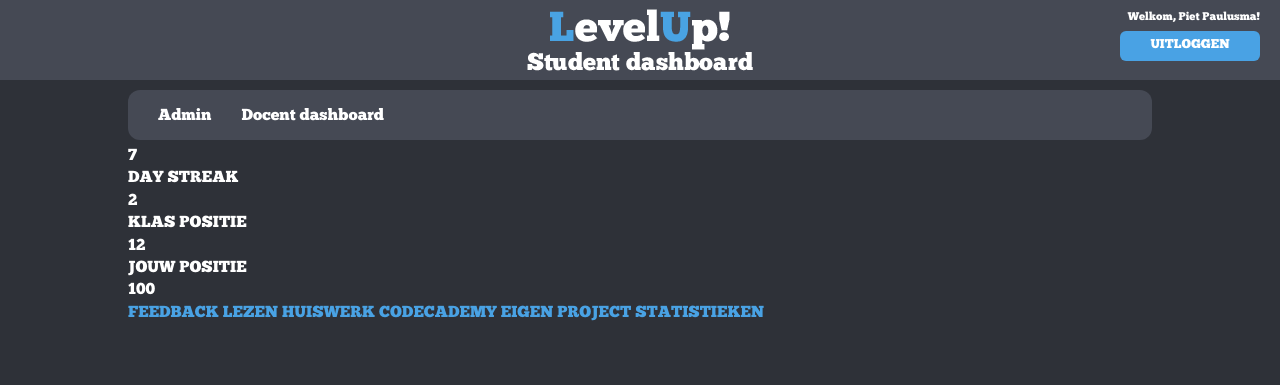
Repository: boblanckenburg/levelup
Page: website/src/index.html
These files come from the project's save history. The page is drawn as it stood at one moment and after the next save; the edit follows.
The browser window is 1280 px wide. The pictures show the whole page.

Above is the page before, as saved 2014-10-07 14:57:35.

After the next save:
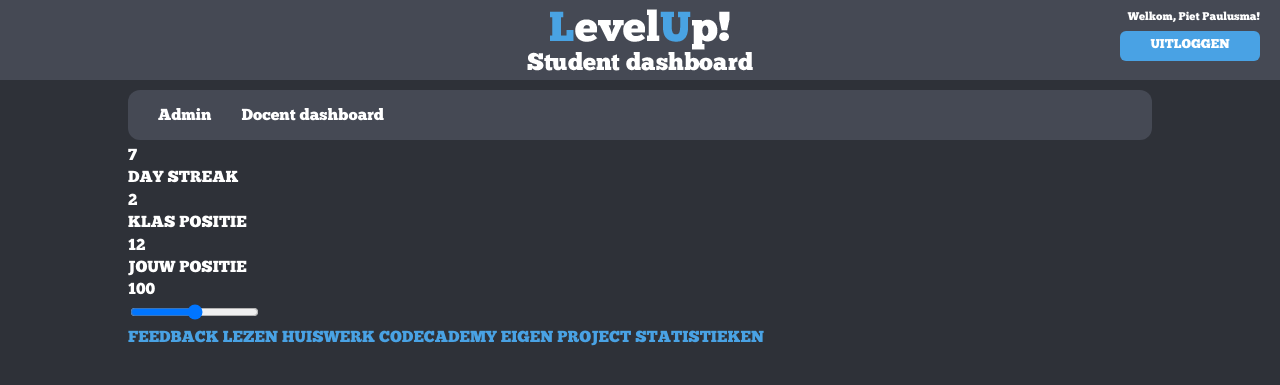
Saved 3 min 31 s later.
--- a/website/src/index.html
+++ b/website/src/index.html
@@ -50,6 +50,9 @@
 					<div class="image">
 						<div class="score">100</div>
 					</div>
+
+					<input type="range" min="0" max="100" value="50" step="1" onchange="rangevalue.value=value" />
+    				<output id="rangevalue"></output>
 				</section>
 
 				<section class="actionbar">
